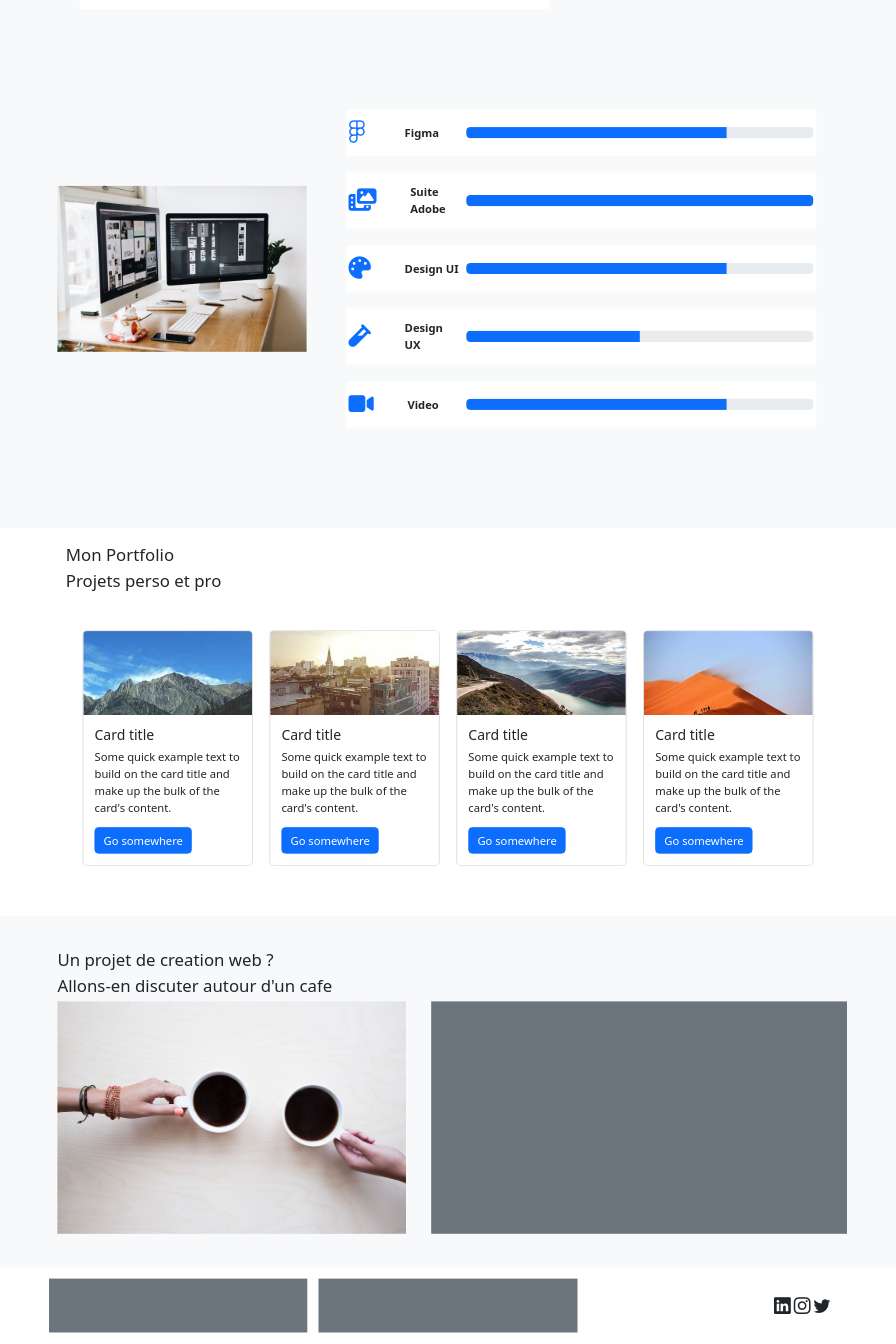
Repository: wadelfadill/Bootstrap_tache_1_portfolio
Page: index.html
The author's editor kept a copy of each file at every save. The page is drawn from the files as they stood at one save, then again after the next save.
The browser window is 1280 px wide. The pictures show the part of the page from y = 1361 to 3281 px (the page is 3281 px tall), at 70% of full size.
Some web libraries are served in a nearby version.

Above is the page before, as saved 2023-03-29 10:16:57.

### index.html
<!DOCTYPE html>
<html lang="en">
<head>
    <meta charset="UTF-8">
    <meta http-equiv="X-UA-Compatible" content="IE=edge">
    <meta name="viewport" content="width=device-width, initial-scale=1.0">
    <title>Portfolio_Bootstrap</title>
    <link href="https://cdn.jsdelivr.net/npm/bootstrap@5.3.0-alpha2/dist/css/bootstrap.min.css" rel="stylesheet" integrity="sha384-aFq/bzH65dt+w6FI2ooMVUpc+21e0SRygnTpmBvdBgSdnuTN7QbdgL+OapgHtvPp" crossorigin="anonymous">
    <link rel="stylesheet" href="https://cdn.jsdelivr.net/npm/bootstrap-icons@1.5.0/font/bootstrap-icons.css">
    <link rel="stylesheet" href="https://cdnjs.cloudflare.com/ajax/libs/font-awesome/5.15.4/css/all.min.css" integrity="sha512-1ycn6IcaQQ40/MKBW2W4Rhis/DbILU74C1vSrLJxCq57o941Ym01SwNsOMqvEBFlcgUa6xLiPY/NS5R+E6ztJQ==" crossorigin="anonymous" referrerpolicy="no-referrer" />
    <link rel="stylesheet" href="style.css">
    <!-- Font Awesome -->
    <script src="https://kit.fontawesome.com/14273d579a.js" crossorigin="anonymous"></script>
</head>
<body>
    <!-- l'entete de la page -->
    <header>
        <nav class="navbar navbar-expand-md bg-light navbar-light container-fluid fixed-top">
            <div class="container">
                <a href="/index.html" class="nav-brand text-uppercase fw-bolder link-dark link-underline-opacity-0">
                    <span class="bg-primary bg-gradient p-1 rounded-3 text-light">JOHN</span>DOE
                </a>
                <button class="navbar-toggler" type="button" data-bs-toggle="collapse" data-bs-target="#navbarNav" aria-controls="navbarNav" aria-expanded="false" aria-label="Toggle navigation">
                    <span class="navbar-toggler-icon"></span>
                </button>
                <div class="collapse navbar-collapse justify-content-end" id="navbarNav">
                    <ul class="navbar-nav">
                        <li class="nav-item">
                            <a class="nav-link" href="#johndoe">Qui suis-je ?</a>
                        </li>
                        <li class="nav-item">
                            <a class="nav-link" href="#expertise">Expertises</a>
                        </li>
                        <li class="nav-item">
                            <a class="nav-link" href="#portfolio">Portfolio</a>
                        </li>
                        <li class="nav-item">
                            <a class="nav-link" href="#contact">Contact</a>
                        </li>
                    </ul>
                </div>
            </div>
        </nav>
        <!-- end of header -->
    </header>
    <!-- main start -->
    <main>
        <!-- la premiere section  -->
        <section class="my-5">
            <div class="container">
                <div class="row gy-4 gy-md-0 align-items-center">
                    <!-- presentation -->
                    <div class="col-12 col-md-6 py-5 py-md-0">
                        <p class="h2 fw-bold">Je suis John Doe Developpeur et Designer Web</p>
                        <p class="h2 fw-light">Bienvenue dans mon univers creatif</p>
                        <a class="btn btn-primary mt-5" href="#expertise" role="button">Mon expertise Web</a>

                    </div>
                    <!-- photo de profile -->
                    <div class="col-12 col-md-6">
                        <img src="img/portrait.jpg" alt="profile de Jhon Doe" class="w-100">
                    </div>
                </div>
            </div>
        </section>
        <!-- la deuxieme section mon expertise -->
        <section>
            <div class="container-fluid bg-light py-5 mt-5">
                <div class="container">
                    <!-- expertise titles -->
                 <p class="h4 .fs-3 .fs-md-2" id="expertise">Mon expertise</p>
                 <p class="h4 .fs-3 .fs-md-2 fw-light">Developement Web et design</p>
                 <!-- expertise first row -->
                <div class="row gy-4 gy-md-0 align-items-center justify-content-between">
                    <!-- expertise progress bar first -->
                    <div class="col-12 col-md-8 bg-light p-md-5 justify-content-between gap-3">
                        <div class="row bg-body py-3 align-items-center gx-lg-2">
                            <div class="col-4 col-md-3 d-flex align-items-center gap-0">
                                <div class="col-6"><i class="fab fa-html5 fa-2x me-3 text-primary" aria-hidden="true"></i></div>
                                <div class="col-6"><span class="fw-bold">HTML5</span></div>
                            </div>
                            <div class="col-8 col-md-9">
                                <div class="progress">
                                    <div class="progress-bar" role="progressbar" style="width: 75%" aria-valuenow="75" aria-valuemin="0" aria-valuemax="100"></div>
                                </div>
                            </div>
                        </div>
                        <div class="row bg-body py-3 align-items-center gx-md-2 mt-4">
                            <div class="col-4 col-md-3 d-flex align-items-center">
                                <div class="col-6"><i class="fab fa-css3 fa-2x me-3 text-primary" aria-hidden="true"></i></div>
                                <div class="col-6"><span class="pb-5 fw-bold">CSS3</span> </div>
                            </div>
                            <div class="col-8 col-md-9">
                                <div class="progress">
                                    <div class="progress-bar" role="progressbar" style="width: 100%" aria-valuenow="100" aria-valuemin="0" aria-valuemax="100"></div>
                                </div>
                            </div>
                        </div>
                        <div class="row bg-body py-3 align-items-center gx-md-2 mt-4">
                            <div class="col-4 col-md-3 d-flex align-items-center">
                                <div class="col-6"><i class="fab fa-js fa-2x me-3 text-primary" aria-hidden="true"></i></div>
                                <div class="col-6"> <span class="pb-5 fw-bold">JS</span></div>
                            </div>
                            <div class="col-8 col-md-9">
                                <div class="progress">
                                    <div class="progress-bar" role="progressbar" style="width: 75%" aria-valuenow="75" aria-valuemin="0" aria-valuemax="100"></div>
                                </div>
                            </div>
                        </div>
                        <div class="row bg-body py-3 align-items-center gx-md-2 my-4">
                            <div class="col-4 col-md-3 d-flex align-items-center">
                                <div class="col-6"><i class="fab fa-php fa-2x me-3 text-primary" aria-hidden="true"></i></div>
                                <div class="col-6"><span class="pb-5 fw-bold">PHP</span></div>
                            </div>
                            <div class="col-8 col-md-9">
                                <div class="progress">
                                    <div class="progress-bar" role="progressbar" style="width: 50%" aria-valuenow="50" aria-valuemin="0" aria-valuemax="100"></div>
                                </div>
                            </div>
                        </div>
                        <div class="row bg-body py-3 align-items-center gx-2">
                            <div class="col-4 col-md-3 d-flex align-items-center">
                                <div class="col-6"><i class="fab fa-sass fa-2x me-3 text-primary" aria-hidden="true"></i></div>
                                <div class="col-6"><span class="pb-5 fw-bold">SASS</span></div>
                            </div>
                            <div class="col-8 col-md-9">
                                <div class="progress">
                                    <div class="progress-bar" role="progressbar" style="width: 75%" aria-valuenow="75" aria-valuemin="0" aria-valuemax="100"></div>
                                </div>
                            </div>
                        </div>
                    </div>
                    <!-- expertise first image -->
                    <div class="col-12 col-md-4">
                        <img src="img/code.jpg" alt="" class="w-100">
                    </div>
                </div>
                <!-- expertise second row -->
                <div class="row my-5 gy-4 gy-md-0 align-items-center justify-content-between">
                    <!-- expertise second image -->
                    <div class="col-12 col-md-4">
                        <img src="img/design.jpg" alt="" class="w-100">
                    </div>
                    <!-- expertise second progress bars -->
                    <div class="col-12 col-md-8 bg-light  p-md-5">
                        <div class="row bg-body py-3 align-items-center gx-md-2">
                            <div class="col-4 col-md-3 d-flex align-items-center justify-content-lg-start">
                                <div class="col-6"><i class="fab fa-figma fa-2x me-3 me-lg-0 text-primary" aria-hidden="true"></i></div>
                                <div class="col-6"><span class="pb-5 fw-bold">Figma</span></div>
                            </div>
                            <div class="col-8 col-md-9">
                                <div class="progress">
                                    <div class="progress-bar" role="progressbar" style="width: 75%" aria-valuenow="75" aria-valuemin="0" aria-valuemax="100"></div>
                                </div>
                            </div>
                        </div>
                        <div class="row bg-body py-3 align-items-center gx-md-2 mt-4">
                            <div class="col-4 col-md-3 d-flex align-items-center gap-2">
                                <div class="col-6"><i class="fas fa-photo-video fa-2x me-3 text-primary" aria-hidden="true"></i></div>
                                <div class="col-6"><span class="pb-5 fw-bold text-wrap">Suite Adobe</span></div>
                            </div>
                            <div class="col-8 col-md-9">
                                <div class="progress">
                                    <div class="progress-bar" role="progressbar" style="width: 100%" aria-valuenow="100" aria-valuemin="0" aria-valuemax="100"></div>
                                </div>
                            </div>
                        </div>
                        <div class="row bg-body py-3 align-items-center gx-md-2 mt-4">
                            <div class="col-4 col-md-3 d-flex align-items-center">
                                <div class="col-6"><i class="fas fa-palette fa-2x me-3 text-primary" aria-hidden="true"></i></div>
                                <div class="col-6"></i><span class="pb-5 fw-bold">Design UI</span></div>

                            </div>
                            <div class="col-8 col-md-9">
                                <div class="progress">
                                    <div class="progress-bar" role="progressbar" style="width: 75%" aria-valuenow="75" aria-valuemin="0" aria-valuemax="100"></div>
                                </div>
                            </div>
                        </div>
                        <div class="row bg-body py-3 align-items-center gx-md-2 my-4">
                            <div class="col-4 col-md-3 d-flex align-items-center">
                                <div class="col-6"><i class="fas fa-vial fa-2x me-3 text-primary" aria-hidden="true"></i></div>
                                <div class="col-6"><span class="pb-5 fw-bold">Design UX</span></div>
                            </div>
                            <div class="col-8 col-md-9">
                                <div class="progress">
                                    <div class="progress-bar" role="progressbar" style="width: 50%" aria-valuenow="50" aria-valuemin="0" aria-valuemax="100"></div>
                                </div>
                            </div>
                        </div>
                        <div class="row bg-body py-3 align-items-center gx-md-2">
                            <div class="col-4 col-md-3 d-flex align-items-center gap-1">
                                <div class="col-6"><i class="fas fa-video fa-2x me-3 text-primary" aria-hidden="true"></i></div>
                                <div class="col-6"></i><span class="pb-5 fw-bold">Video</span></div>
                            </div>
                            <div class="col-8 col-md-9">
                                <div class="progress">
                                    <div class="progress-bar" role="progressbar" style="width: 75%" aria-valuenow="75" aria-valuemin="0" aria-valuemax="100"></div>
                                </div>
                            </div>
                        </div>
                    </div>
                </div>
             </div>
            </div>

        </section>
        <!-- troisieme section portfolio -->
        <section class="container">
            <div class="container my-4">
                <!-- portfolio titles -->
                <p class="h4 .fs-3 .fs-md-2" id="portfolio">Mon Portfolio</p>
                <p class="h4 .fs-3 .fs-md-2 fw-light">Projets perso et pro</p>
                <!-- portfolio cards -->
                <div class="row g-4 p-4">
                    <div class="col-12 col-sm-6 col-md-3 py-4">
                        <div class="card">
                        <img src="img/card-img-1.jpg" class="card-img-top" alt="...">
                        <div class="card-body">
                            <h5 class="card-title">Card title</h5>
                            <p class="card-text">Some quick example text to build on the card title and make up the bulk of the card's content.</p>
                            <a href="#" class="btn btn-primary">Go somewhere</a>
                        </div>
                        </div>
                    </div>
                    <div class="col-12 col-sm-6 col-md-3  py-4">
                        <div class="card">
                        <img src="img/card-img-5.jpg" class="card-img-top" alt="...">
                        <div class="card-body">
                            <h5 class="card-title">Card title</h5>
                            <p class="card-text">Some quick example text to build on the card title and make up the bulk of the card's content.</p>
                            <a href="#" class="btn btn-primary">Go somewhere</a>
                        </div>
                        </div>
                    </div>
                    <div class="col-12 col-sm-6 col-md-3 py-4">
                        <div class="card">
                        <img src="img/card-img-12.jpg" class="card-img-top" alt="...">
                        <div class="card-body">
                            <h5 class="card-title">Card title</h5>
                            <p class="card-text">Some quick example text to build on the card title and make up the bulk of the card's content.</p>
                            <a href="#" class="btn btn-primary">Go somewhere</a>
                        </div>
                        </div>
                    </div>
                    <div class="col-12 col-sm-6 col-md-3  py-4">
                        <div class="card">
                        <img src="img/card-img-19.jpg" class="card-img-top" alt="...">
                        <div class="card-body">
                            <h5 class="card-title">Card title</h5>
                            <p class="card-text">Some quick example text to build on the card title and make up the bulk of the card's content.</p>
                            <a href="#" class="btn btn-primary">Go somewhere</a>
                        </div>
                        </div>
                    </div>
                </div>
            </div>
        </section>
        <!-- section 4 contact -->
        <section class="p-5 bg-light">
            <div class="container">
                <!-- contact titles -->
                <p class="h4 .fs-3 .fs-md-2" id="contact">Un projet de creation web ?</p>
                <p class="h4 .fs-3 .fs-md-2 fw-light">Allons-en discuter autour d'un cafe</p>
                <!-- contact components -->
                <div class="row gap-4 gy-4 gy-md-0">
                    <!-- contact image -->
                    <div class="col-12 col-md">
                        <img src="img/grab-a-coffee.jpg" class="w-100" alt="">
                    </div>
                    <!-- contact form -->
                    <div class="col-12 col-md bg-secondary p-5"></div>
                </div>
            </div>
        </section>
        <!-- end of main -->
    </main>
    <!-- footer start -->
    <footer>
        <div class="container">
            <!-- footer components -->
            <div class="row gap-3 py-3">

                <div class="col-12 col-md p-4 bg-secondary"></div>
                <div class="col-12 col-md p-4 bg-secondary"></div>
                <div class="col-12 col-md p-4 text-md-end justify-content-between">
                    <a href="#" target="_blank" class="link-dark link-underline-opacity-0">
                        <i class="bi bi-linkedin h4"></i>
                    </a>
                    <a href="#" target="_blank" class="link-dark link-underline-opacity-0">
                        <i class="bi bi-instagram h4"></i>
                    </a>
                    <a href="#" target="_blank" class="link-dark link-underline-opacity-0">
                        <i class="bi bi-twitter h4"></i>
                    </a>
                </div>
            </div>
        </div>
        <!-- end of footer -->
    </footer>
    <script src="https://cdn.jsdelivr.net/npm/bootstrap@5.3.0-alpha2/dist/js/bootstrap.bundle.min.js" integrity="sha384-qKXV1j0HvMUeCBQ+QVp7JcfGl760yU08IQ+GpUo5hlbpg51QRiuqHAJz8+BrxE/N" crossorigin="anonymous"></script>

</body>
</html>

Loaded but not shown: style.css (no stored copy; drawn as an empty file)

After the next save:
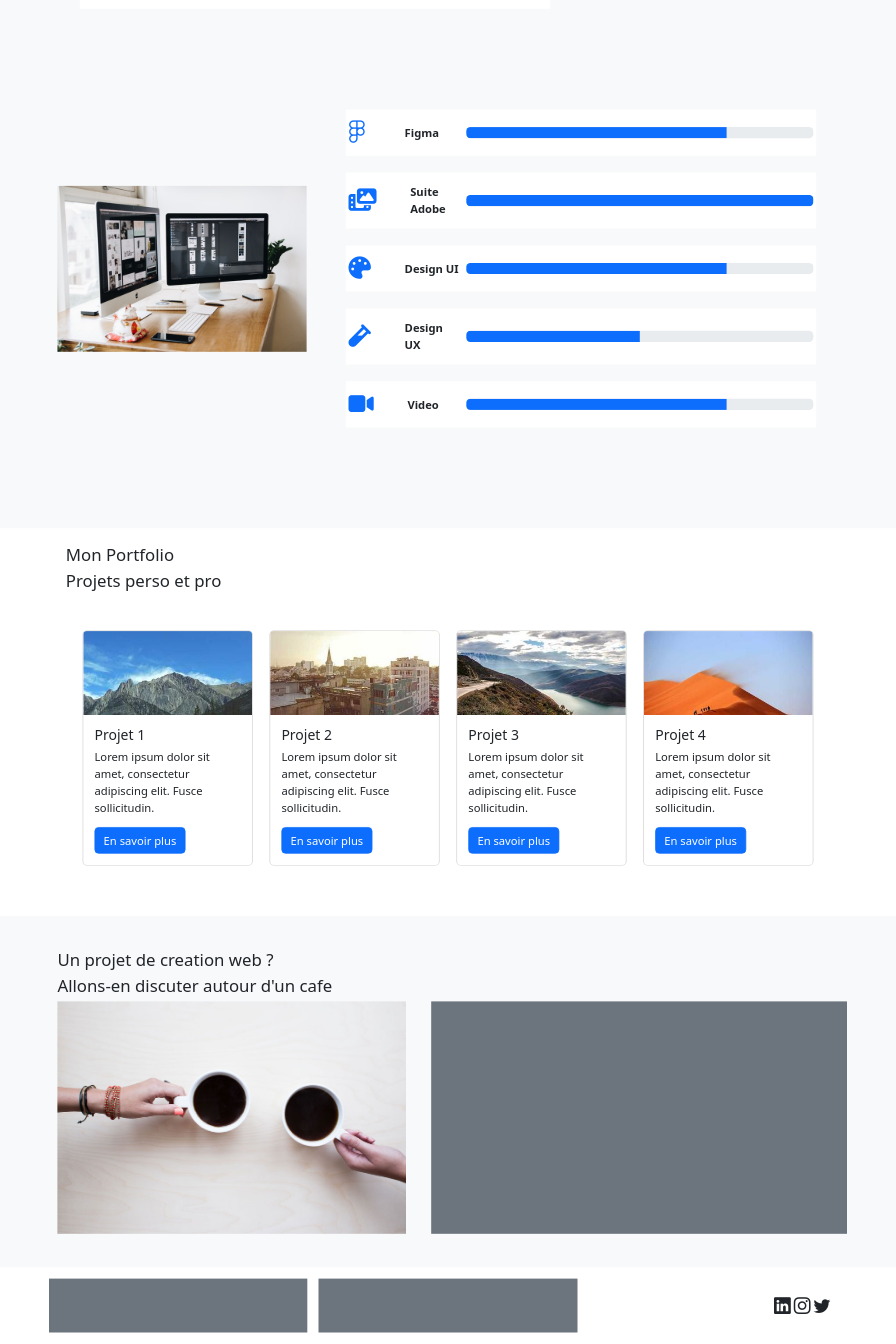
Saved 3 min 56 s later.
--- a/index.html
+++ b/index.html
@@ -217,9 +217,9 @@
                         <div class="card">
                         <img src="img/card-img-1.jpg" class="card-img-top" alt="...">
                         <div class="card-body">
-                            <h5 class="card-title">Card title</h5>
-                            <p class="card-text">Some quick example text to build on the card title and make up the bulk of the card's content.</p>
-                            <a href="#" class="btn btn-primary">Go somewhere</a>
+                            <h5 class="card-title">Projet 1</h5>
+                            <p class="card-text">Lorem ipsum dolor sit amet, consectetur adipiscing elit. Fusce sollicitudin.</p>
+                            <a href="#" class="btn btn-primary">En savoir plus</a>
                         </div>
                         </div>
                     </div>
@@ -227,9 +227,9 @@
                         <div class="card">
                         <img src="img/card-img-5.jpg" class="card-img-top" alt="...">
                         <div class="card-body">
-                            <h5 class="card-title">Card title</h5>
-                            <p class="card-text">Some quick example text to build on the card title and make up the bulk of the card's content.</p>
-                            <a href="#" class="btn btn-primary">Go somewhere</a>
+                            <h5 class="card-title">Projet 2</h5>
+                            <p class="card-text">Lorem ipsum dolor sit amet, consectetur adipiscing elit. Fusce sollicitudin.</p>
+                            <a href="#" class="btn btn-primary">En savoir plus</a>
                         </div>
                         </div>
                     </div>
@@ -237,9 +237,9 @@
                         <div class="card">
                         <img src="img/card-img-12.jpg" class="card-img-top" alt="...">
                         <div class="card-body">
-                            <h5 class="card-title">Card title</h5>
-                            <p class="card-text">Some quick example text to build on the card title and make up the bulk of the card's content.</p>
-                            <a href="#" class="btn btn-primary">Go somewhere</a>
+                            <h5 class="card-title">Projet 3</h5>
+                            <p class="card-text">Lorem ipsum dolor sit amet, consectetur adipiscing elit. Fusce sollicitudin.</p>
+                            <a href="#" class="btn btn-primary">En savoir plus</a>
                         </div>
                         </div>
                     </div>
@@ -247,9 +247,9 @@
                         <div class="card">
                         <img src="img/card-img-19.jpg" class="card-img-top" alt="...">
                         <div class="card-body">
-                            <h5 class="card-title">Card title</h5>
-                            <p class="card-text">Some quick example text to build on the card title and make up the bulk of the card's content.</p>
-                            <a href="#" class="btn btn-primary">Go somewhere</a>
+                            <h5 class="card-title">Projet 4</h5>
+                            <p class="card-text">Lorem ipsum dolor sit amet, consectetur adipiscing elit. Fusce sollicitudin.</p>
+                            <a href="#" class="btn btn-primary">En savoir plus</a>
                         </div>
                         </div>
                     </div>
